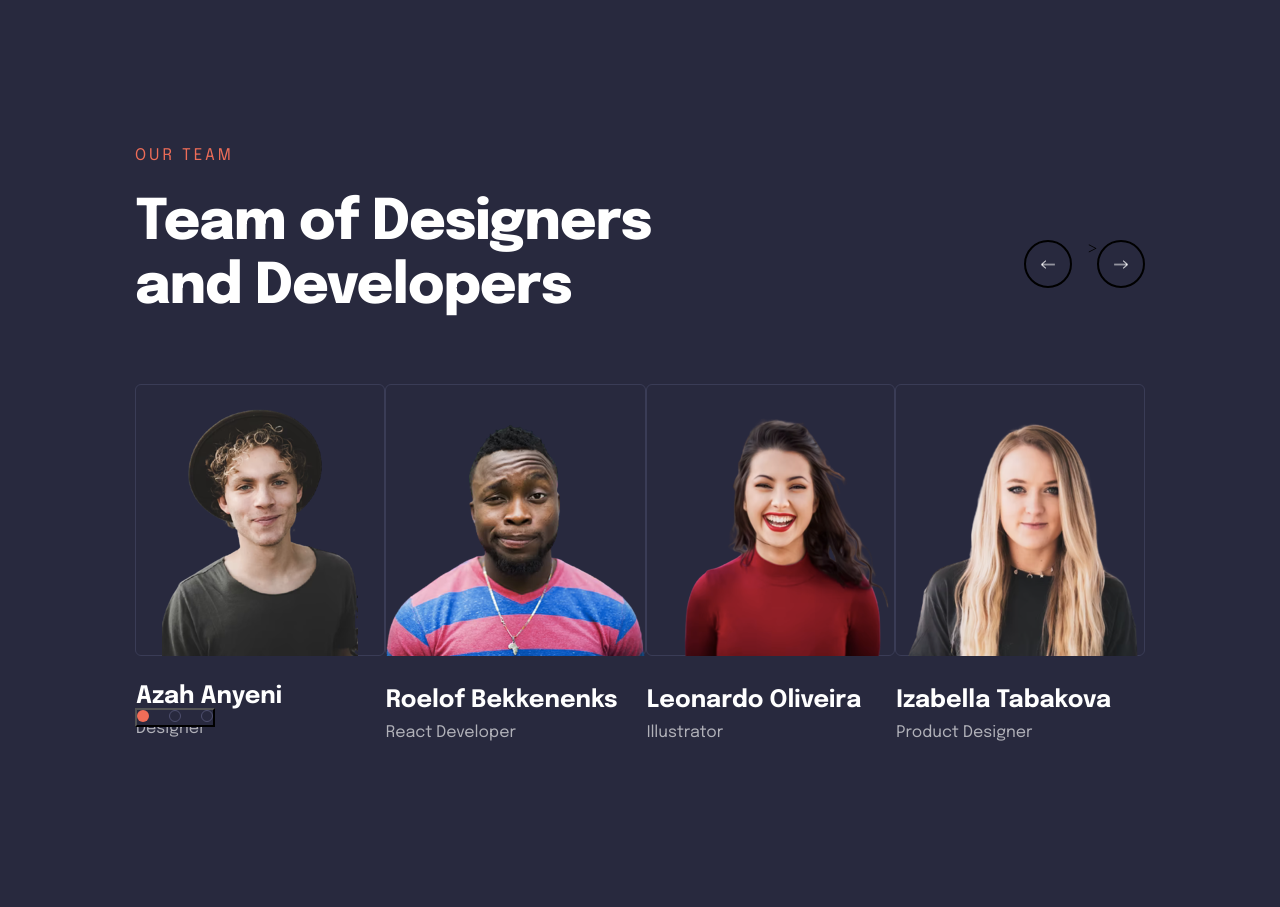
Repository: NatiqSamiyev/next-figma-project
Page: index.html
An editor plug-in stored every save of this project. The page is shown before and after the next save, followed by the edit.
The browser window is 1280 px wide. The pictures show the whole page.

Above is the page before, as saved 2023-08-21 15:35:19.

### index.html
<!DOCTYPE html>
<html lang="en">
<head>
    <meta charset="UTF-8">
    <meta name="viewport" content="width=device-width, initial-scale=1.0">
    <title>Document</title>
    <link rel="stylesheet" href="index.css">
</head>
<body>

    <div class="container">
        <div class="top-container">

            <div class="left">
                <h1>Our Team</h1>
                <h2>
                    Team of Designers
                    and Developers
                </h2>

            </div>

            <div class="right">

                    <button class="btn-1">
                        <img src="./image/Path.png" alt="">
                    </button>


              >
                    <button class="btn-2">
                        <img src="./image/Path (1).png" alt="">
                    </button>


            </div>
        </div>


        <div class="image-box">
            <ul>
                <li class="first-child">
                    <img src="./image/Bitmap.svg" alt="">
                    <h3>Azah Anyeni</h3>
                    <p>Designer</p>
                </li>

                <li class="nth-child(2)">
                    <img src="./image/Bitmap (1).svg" alt="">
                    <h3>Roelof Bekkenenks</h3>
                    <p>React Developer</p>
                </li>

                <li class="nth-child(3)">
                    <img src="./image/Bitmap (2).svg" alt="">
                    <h3>Leonardo Oliveira</h3>
                    <p>Illustrator</p>
                </li>

                <li class="last-child">
                    <img src="./image/Bitmap (3).svg" alt="">
                    <h3>Izabella Tabakova</h3>
                    <p>Product Designer</p>
                </li>
            </ul>

        </div>

        <div class="bottom-container">
            <button>
                <img src="./image/pins.svg" alt="">
            </button>

        </div>


</body>
</html>

### index.css
@import url('https://fonts.googleapis.com/css2?family=Epilogue:wght@400;700;800&display=swap');
*{
    margin: 0;
    padding: 0;
    box-sizing: border-box;
}

.container{
    width: 100%;
    padding: 140px 135px 180px 135px;
    background-color: #28293E;

}

.top-container{
    display: flex;
    justify-content: space-between;

}

.left{
    width: 531px;
}

.left h1{
    color: var(--text-light-accent, #EF6D58);
    font-feature-settings: 'clig' off, 'liga' off;
    font-family: Epilogue;
    font-size: 16px;
    font-style: normal;
    font-weight: 400;
    line-height: 32px;
    letter-spacing: 3px;
    text-transform: uppercase;

}

.left h2{
    color: var(--text-light, #FFF);
    font-feature-settings: 'clig' off, 'liga' off;
    font-family: Epilogue;
    font-size: 56px;
    font-style: normal;
    font-weight: 800;
    line-height: 64px;
    letter-spacing: -1px;
    margin-top: 20px;

}

.right{
    display: flex;
    margin-top: 100px;
}

.right .btn-1{
    margin-right: 16px;


}

.right button{
    border: none;
    border:  2px solid ;
    border-radius: 25px;
    width: 48px;
    height: 48px;
    background-color: #28293E;
}


.right  img{
    width: 14.001px;
    height: 9.001px;
    fill: #FFF;
}



.image-box{
    width: 100%;
    margin-top: 64px;
}

.image-box ul{
    display: flex;
    justify-content: space-between;
}

.image-box ul li{
    list-style-type: none;
    width: 270px;
    height: 272px;
    border-radius: 6px;
    border: 1px solid #3A3C56;
}

li:first-child img {
    width: 196px;
    height: 247px;
    display: flex;
    margin: auto;
    margin-top: 24px;
}

li:nth-child(2) img{
    width: 259px;
    height: 232px;
    margin-top: 39px;
}

li:nth-child(3) img{
    width: 205px;
    height: 238px;
    margin-left: 37px;
    margin-top: 33px;
}

.last-child img{
    width: 230px;
    height: 233px;
    margin-top: 38px;
    margin-left: 12px;
}


.image-box ul li h3{
    margin-top: 25px;
    color: var(--text-light, #FFF);
    font-feature-settings: 'clig' off, 'liga' off;
    font-family: Epilogue;
    font-size: 24px;
    font-style: normal;
    font-weight: 700;
    line-height: 32px;
}

.image-box ul li p{
    color: var(--text-light-gray, rgba(255, 255, 255, 0.64));
    font-feature-settings: 'clig' off, 'liga' off;
    font-family: Epilogue;
    font-size: 16px;
    font-style: normal;
    font-weight: 400;
    line-height: 32px;
}

.bottom-container{
    margin-top: 52px;


}

.bottom-container button{

    background: #28293E;




}

.bottom-container button img{
    width: 76px;
    height: 12px;



}

After the next save:
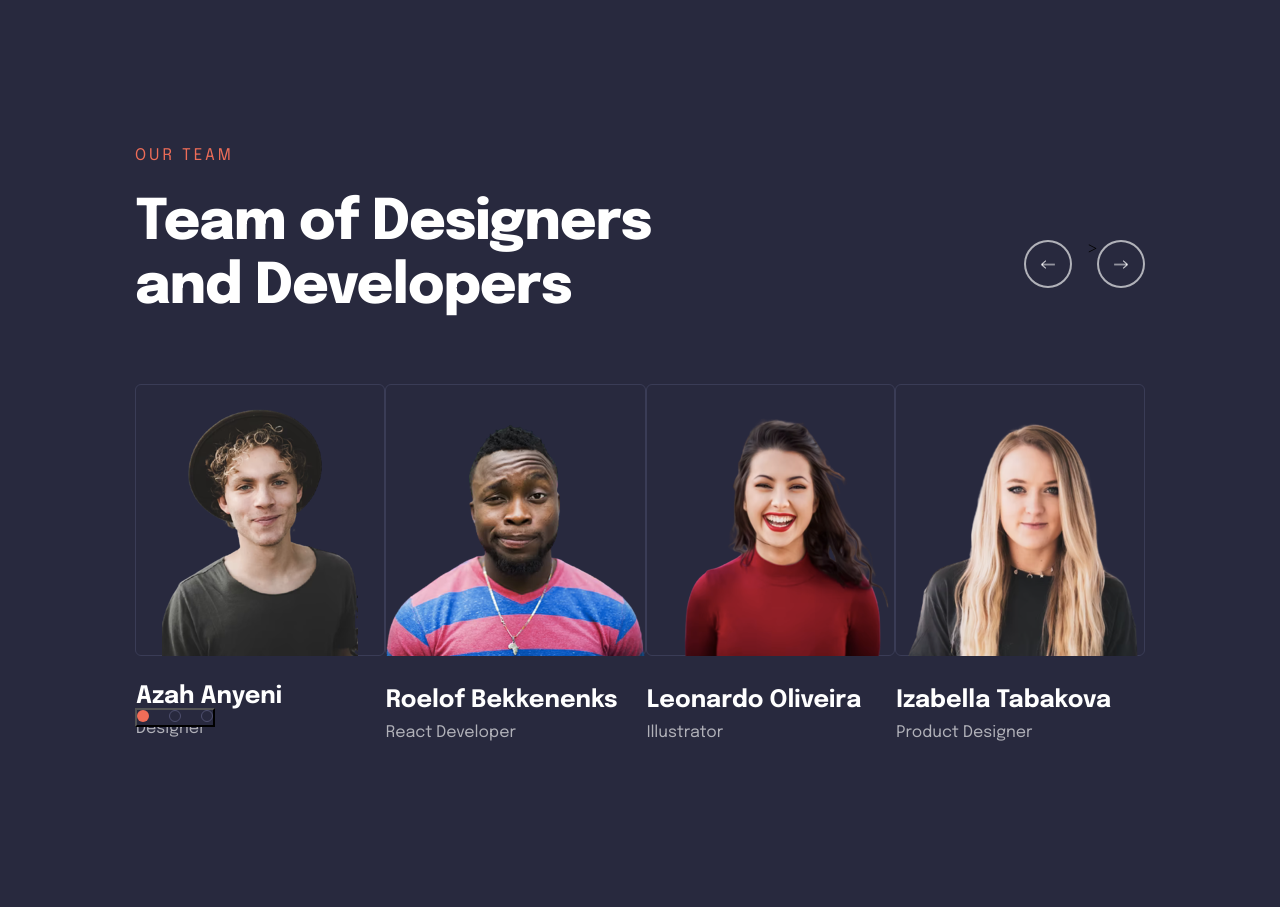
Saved 32 s later.
--- a/index.css
+++ b/index.css
@@ -61,7 +61,7 @@
 
 .right button{
     border: none;
-    border:  2px solid ;
+    border:  2px solid  var(--text-light-gray, rgba(255, 255, 255, 0.64));;
     border-radius: 25px;
     width: 48px;
     height: 48px;
